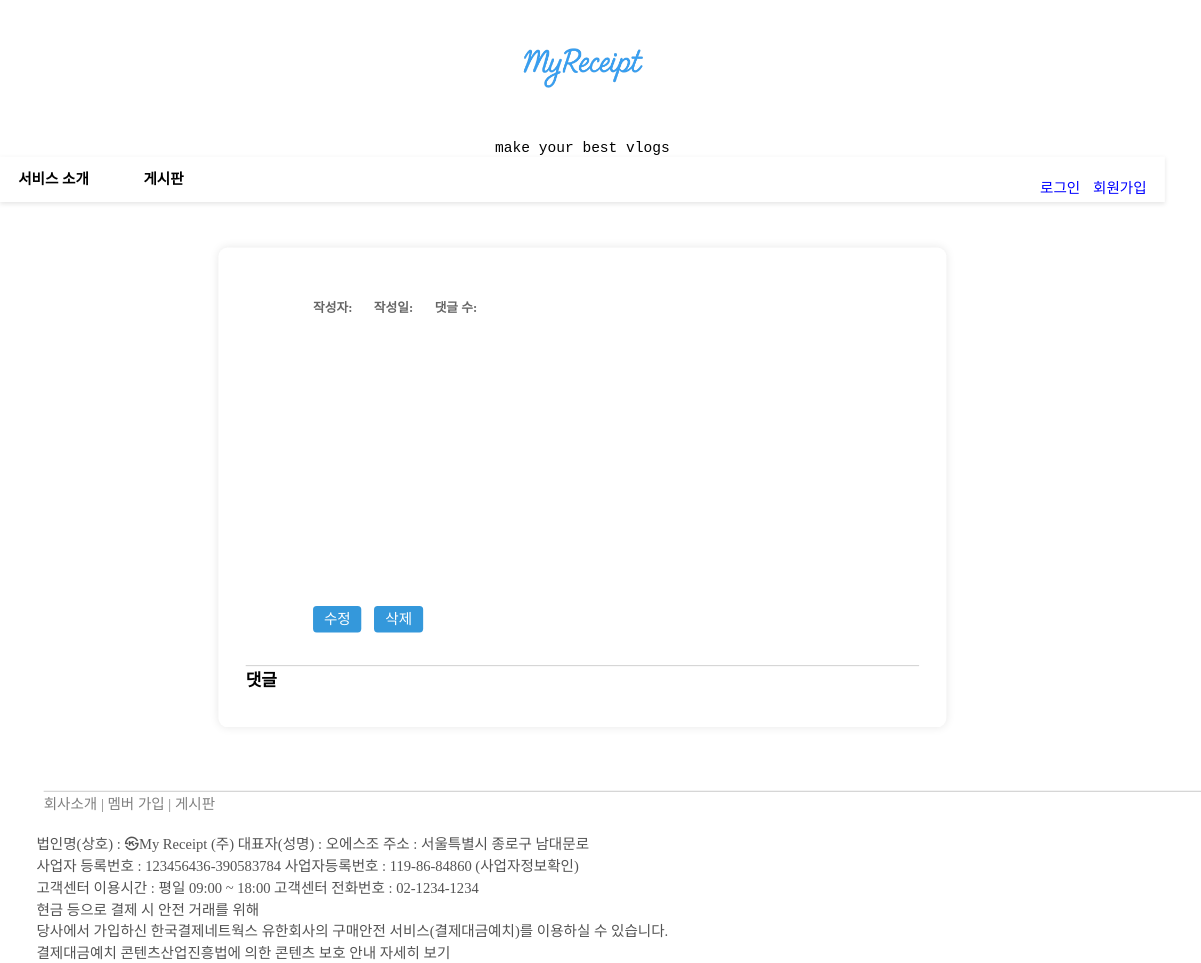
Repository: shong69/mini-project
Page: http://localhost/myReceipt2/WEB-INF/views/boardDetail.jsp
These files come from the project's save history. The page is drawn as it stood at one moment and after the next save; the edit follows.
The browser window is 1280 px wide. The page is 1320 px wide, so the pictures cover 1320 px, including what lies to the right of the window. The pictures show the whole page, at 91% of full size.
Some web fonts or font styles are not loaded; a fallback is used. The page is served by Tomcat 10. Nobody is signed in. The template is opened directly, without the code that normally fills it, so the values that code supplies are empty.

Above is the page before, as saved 2025-05-06 18:16:02.

After the next save:
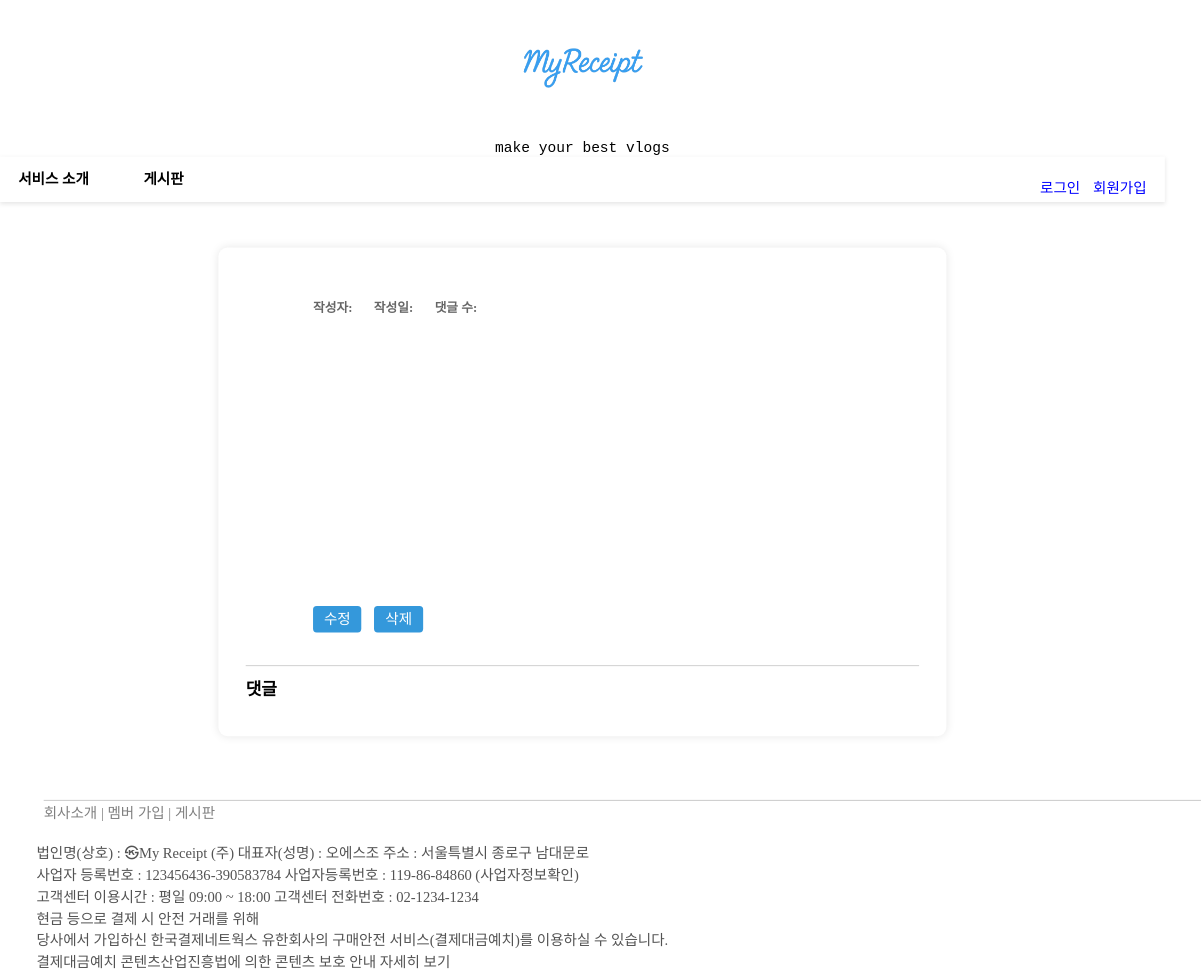
Saved 35 s later.
--- a/jspProject/myReceipt2/src/main/webapp/WEB-INF/views/boardDetail.jsp
+++ b/jspProject/myReceipt2/src/main/webapp/WEB-INF/views/boardDetail.jsp
@@ -50,7 +50,7 @@
     border-radius: 4px;
 }
 h3{
-	margin-bottom:10px;
+	margin:10px 0;
 }
 .comments-section {
     margin-top: 40px;
